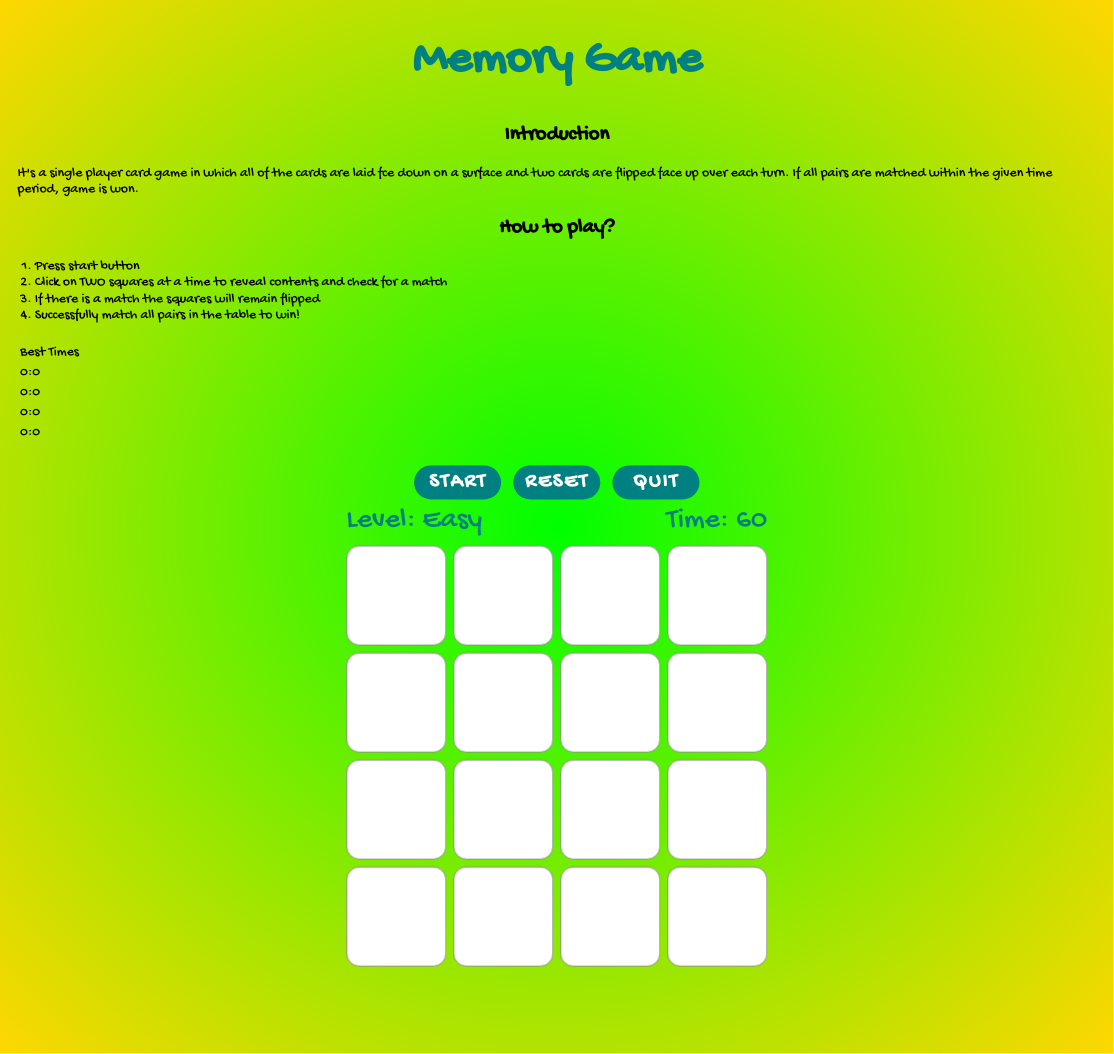
Repository: lauramika/Memory-Game
Page: index.html
The author's editor kept a record of every edit. The page is drawn from the files as they stood at one moment, then again after the next edit.
The browser window is 1280 px wide. The pictures show the whole page, at 87% of full size.

Above is the page before.

After the next edit:
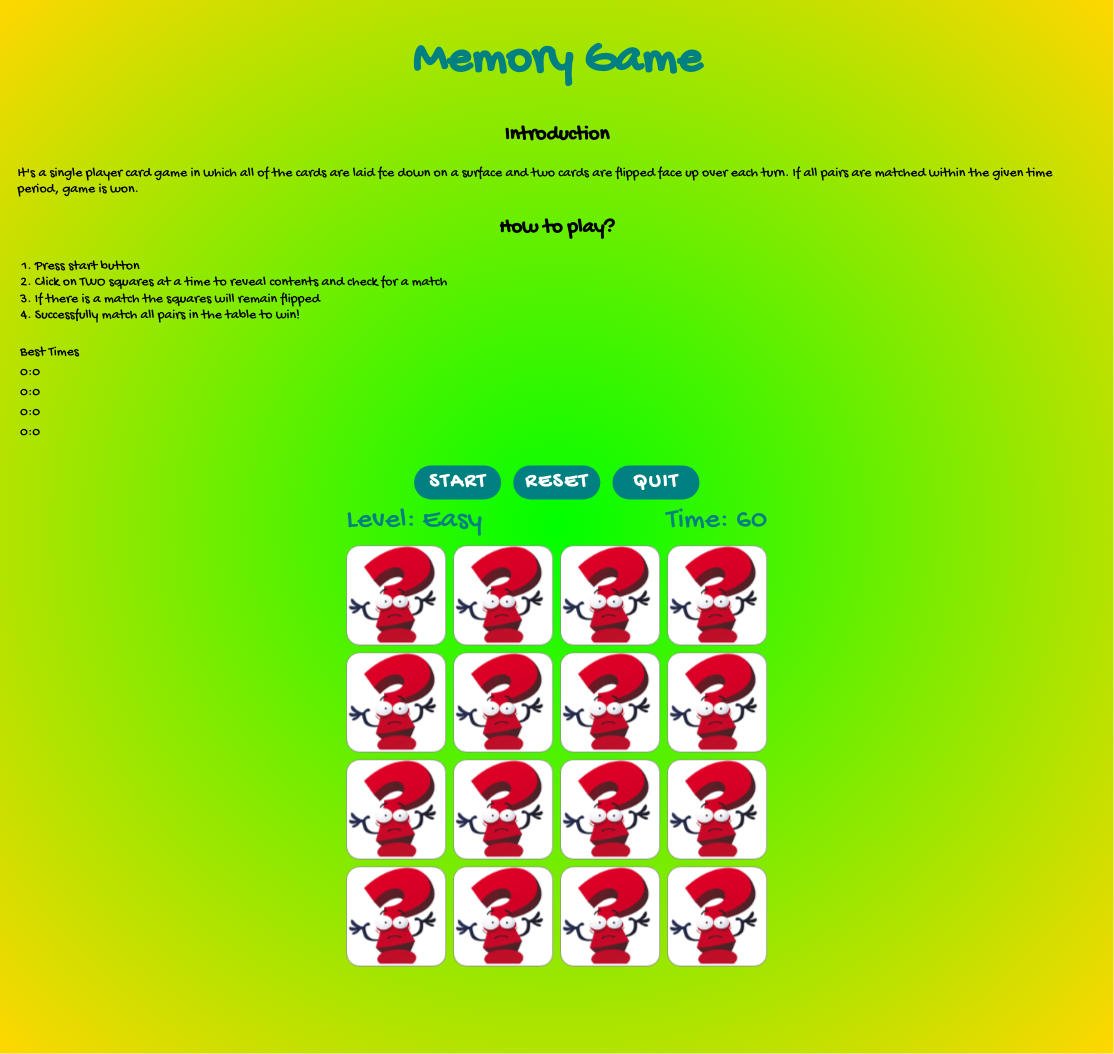
The edit:
--- a/style.css
+++ b/style.css
@@ -55,7 +55,7 @@
 }
 .back-face {
     backface-visibility: hidden;
-    transform: rotateY(180deg);
+
 }
 .cards:hover {
     transform: scale(1.05);
